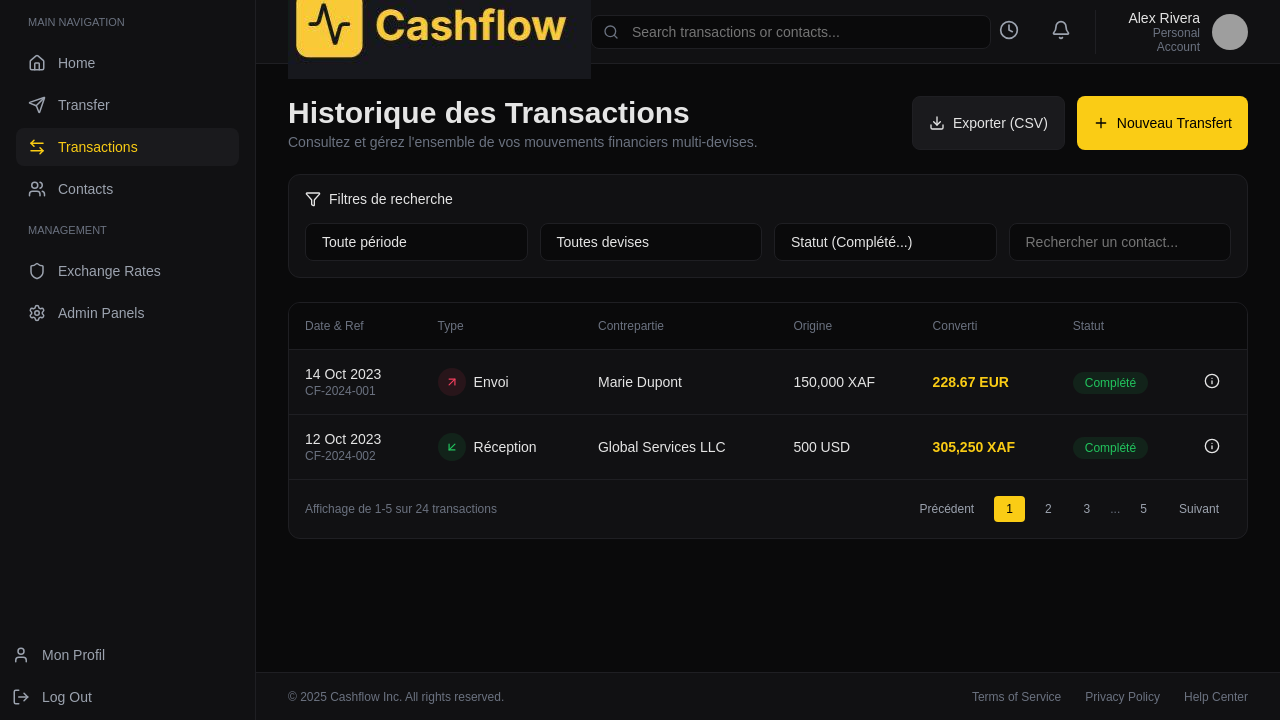
Repository: laetitiamaelle/GROUEPE5_PROGRAMMATIONWEBII_PLATEFORME_DE_TRANSFERT_MULTIDEVISE
Page: /transactions
These files come from the project's save history. The page is drawn as it stood at one moment and after the next save; the edit follows.
The browser window is 1280 px wide. The pictures show the whole page.
Pictures or frames that could not be fetched are drawn as grey boxes. The project was rebuilt for these pictures with package versions that can differ from the ones it lists, and the page was loaded fresh each time. The framework's server and built-in components were replaced by stand-ins that run in the browser. Also part of the build but not shown: next.config.ts.

Above is the page before, as saved 2026-05-21 10:22:40.

### app/transactions/page.tsx
import Sidebar from '@/components/Sidebar'
import HistoriqueTransactions from '@/components/HistoriqueTransactions';

export default function TransactionPage() {
    return (
        <div style={{ display: 'flex', minHeight: '100vh', background: '#0A0A0B'}}>
            <Sidebar />
            <HistoriqueTransactions />
        </div>
    )
}

### app/globals.css
* {
    margin: 0;
    padding: 0;
    box-sizing: border-box;
}

body {
    background: #0A0A0B;
    color: #E5E5E5;
    font-family: Arial, sans-serif;
}

a {
    text-decoration: none;
    color: inherit;
}

button {
    cursor: pointer;
    border: none;
    font-family: inherit;
}

### components/Sidebar.tsx
'use client'
import Link from 'next/link';
import Image from 'next/image';
import { usePathname } from 'next/navigation'
import { Home, Send, ArrowLeftRight, Users, Shield, Settings, LogOut, User } from 'lucide-react'
import '../styles/Sidebar.css'

export default function Sidebar() {
    const pathname = usePathname()

    return (
        <aside className='sidebar'>


            <nav className='nav'>
                <p className='nav-title'>MAIN NAVIGATION</p>
                <Link href="/home" className={`nav-item ${pathname === '/home' ? 'active' : ''}`}>
                    <Home size={18} /> Home
                </Link>
                <Link href="/transfert" className={`nav-item ${pathname.startsWith('/transfert') ? 'active' : ''}`}>
                    <Send size={18} /> Transfer
                </Link>
                <Link href="/transactions" className={`nav-item ${pathname === '/transactions' ? 'active' : ''}`}>
                    <ArrowLeftRight size={18} /> Transactions
                </Link>
                <Link href="#" className="nav-item">
                    <Users size={18} /> Contacts
                </Link>

                <p className="nav-title">MANAGEMENT</p>
                <Link href="/exchange-rates" className={`nav-item ${pathname === '/exchange-rates' ? 'active' : ''}`}>
                    <Shield size={18} /> Exchange Rates
                </Link>
                <Link href="/dashboard" className={`nav-item ${pathname === '/admin' ? 'active' : ''}`}>
                    <Settings size={18} /> Admin Panels
                </Link>
            </nav>

            <div className='sidebar-footer'>
                <Link href="/profil" className={`nav-item ${pathname === '/profil' ? 'active' : ''}`}>
                    <User size={18} /> Mon Profil
                </Link>
                <div className='sidebar-logout'>
                    <button className='nav-item logout-btn'>
                        <LogOut size={18} /> Log Out
                    </button>
                </div>
            </div>
        </aside>
    )
}

### components/HistoriqueTransactions.tsx
'use client'
import { Search, Clock, Bell, Download, Plus, Filter, ArrowUpRight, ArrowDownLeft, RefreshCw, Info } from 'lucide-react'
import '../styles/HistoriqueTransactions.css'
import Image from 'next/image'
import maPhoto from '../public/logo-cashflow.jpeg'

export default function HistoriqueTransactions() {
  const data = [
    { date: '14 Oct 2023', ref: 'CF-2024-001', type: 'Envoi', contact: 'Marie Dupont', origine: '150,000 XAF', converti: '228.67 EUR', statut: 'Complété' },
    { date: '12 Oct 2023', ref: 'CF-2024-002', type: 'Réception', contact: 'Global Services LLC', origine: '500 USD', converti: '305,250 XAF', statut: 'Complété' },
  ]

  return (
    <div className="main">
      <header className="topbar">
        <Image src={maPhoto} alt="Description de la photo" placeholder="blur"/>
        <div className="search-box">
          <Search size={16} className="search-icon" />
          <input type="text" placeholder="Search transactions or contacts..." className="search" />
        </div>
        <div className="topbar-right">
          <button className="icon-btn"><Clock size={20} /></button>
          <button className="icon-btn"><Bell size={20} /></button>
          <div className="user">
            <div className="user-info">
              <span className="user-name">Alex Rivera</span>
              <span className="user-role">Personal Account</span>
            </div>
            <img src="https://i.pravatar.cc/40" alt="avatar" className="user-avatar" />
          </div>
        </div>
      </header>

      <div className="content">
        <div className="header">
          <div>
            <h1>Historique des Transactions</h1>
            <p>Consultez et gérez l'ensemble de vos mouvements financiers multi-devises.</p>
          </div>
          <div className="actions">
            <button className="btn-dark"><Download size={16} /> Exporter (CSV)</button>
            <button className="btn-yellow"><Plus size={16} /> Nouveau Transfert</button>
          </div>
        </div>

        <div className="filters">
          <div className="filters-title">
            <Filter size={16} />
            <span>Filtres de recherche</span>
          </div>
          <div className="filters-grid">
            <button className="filter-btn">Toute période</button>
            <button className="filter-btn">Toutes devises</button>
            <button className="filter-btn">Statut (Complété...)</button>
            <input type="text" placeholder="Rechercher un contact..." className="filter-input" />
          </div>
        </div>

        <div className="table-box">
          <table>
            <thead>
              <tr>
                <th>Date & Ref</th>
                <th>Type</th>
                <th>Contrepartie</th>
                <th>Origine</th>
                <th>Converti</th>
                <th>Statut</th>
                <th></th>
              </tr>
            </thead>
            <tbody>
              {data.map((row, i) => (
                <tr key={i}>
                  <td>
                    <span className="date">{row.date}</span>
                    <span className="ref">{row.ref}</span>
                  </td>
                  <td>
                    <div className="type-cell">
                      <div className={`type-icon ${row.type === 'Envoi' ? 'send' : row.type === 'Réception' ? 'receive' : 'convert'}`}>
                        {row.type === 'Envoi' ? <ArrowUpRight size={14} /> : row.type === 'Réception' ? <ArrowDownLeft size={14} /> : <RefreshCw size={14} />}
                      </div>
                      <span>{row.type}</span>
                    </div>
                  </td>
                  <td>{row.contact}</td>
                  <td className="montant">{row.origine}</td>
                  <td className="montant-converti">{row.converti}</td>
                  <td>
                    <span className={`statut ${row.statut === 'Complété' ? 'statut-complete' : row.statut === 'En attente' ? 'statut-attente' : 'statut-echoue'}`}>
                      {row.statut}
                    </span>
                  </td>
                  <td><Info size={16} /></td>
                </tr>
              ))}
            </tbody>
          </table>
          <div className="pagination">
            <span>Affichage de 1-5 sur 24 transactions</span>
            <div className="page-btns">
              <button>Précédent</button>
              <button className="active">1</button>
              <button>2</button>
              <button>3</button>
              <span>...</span>
              <button>5</button>
              <button>Suivant</button>
            </div>
          </div>
        </div>
      </div>

      <footer className="footer">
        <span>© 2025 Cashflow Inc. All rights reserved.</span>
        <div className="footer-links">
          <a href="#">Terms of Service</a>
          <a href="#">Privacy Policy</a>
          <a href="#">Help Center</a>
        </div>
      </footer>
    </div>
  )
}

### styles/Sidebar.css
.sidebar {
    width: 256px;
    background: #111113;
    border-right: 1px solid #1F1F23;
    display: flex;
    flex-direction: column;
    height: 100vh;
}

.logo {
    padding: 24px;
}

.logo-img {
    height: 28px;
    width: auto;
}

.nav {
    flex: 1;
    padding: 0 16px;
}

.nav-title {
    font-size: 11px;
    color: #6B7280;
    padding: 0 12px;
    margin: 16px 0;
}

.nav-item {
    display: flex;
    align-items: center;
    gap: 12px;
    padding: 10px 12px;
    border-radius: 8px;
    color: #9CA3AF;
    font-size: 14px;
    margin-bottom: 4px;
    width: 100%;
    background: none;
}

.nav-item:hover {
    background: #1A1A1D;
    color: white;
}

.nav-item.active {
    background: #1A1A1D;
    color: #FACC15;
}

.logout {
    padding: 16px;
    border-top: 1px solid #1F1F23;
}

### styles/HistoriqueTransactions.css
.main {
    flex: 1;
    display: flex;
    flex-direction: column;
}

.topbar {
    height: 64px;
    background: #111113;
    border-bottom: 1px solid #1F1F23;
    display: flex;
    align-items: center;
    justify-content: space-between;
    padding: 0 32px;
}

.search-box {
    position: relative;
    display: flex;
    align-items: center;
}

.search-icon {
    position: absolute;
    left: 12px;
    color: #6B7280;
}

.search {
    width: 400px;
    background: #0A0A0B;
    border: 1px solid #1F1F23;
    border-radius: 8px;
    padding: 8px 16px 8px 40px;
    color: white;
    font-size: 14px;
}

.topbar-right {
    display: flex;
    align-items: center;
    gap: 16px;
}

.icon-btn {
    background: none;
    color: #9CA3AF;
    padding: 8px;
    border-radius: 8px;
}

.icon-btn:hover {
    background: #1A1A1D;
}

.user {
    display: flex;
    align-items: center;
    gap: 12px;
    padding-left: 16px;
    border-left: 1px solid #1F1F23;
}

.user-info {
    text-align: right;
}

.user-name {
    display: block;
    font-size: 14px;
    font-weight: 500;
}

.user-role {
    display: block;
    font-size: 12px;
    color: #6B7280;
}

.user-avatar {
    width: 36px;
    height: 36px;
    border-radius: 50%;
}

.content {
    flex: 1;
    padding: 32px;
    overflow: auto;
}

.header {
    display: flex;
    justify-content: space-between;
    margin-bottom: 24px;
}

.header h1 {
    font-size: 30px;
    margin-bottom: 4px;
}

.header p {
    color: #6B7280;
    font-size: 14px;
}

.actions {
    display: flex;
    gap: 12px;
}

.btn-dark {
    background: #1A1A1D;
    border: 1px solid #1F1F23;
    color: #E5E5E5;
    padding: 8px 16px;
    border-radius: 8px;
    font-size: 14px;
    display: flex;
    align-items: center;
    gap: 8px;
}

.btn-yellow {
    background: #FACC15;
    color: black;
    padding: 8px 16px;
    border-radius: 8px;
    font-weight: 500;
    font-size: 14px;
    display: flex;
    align-items: center;
    gap: 8px;
}

.filters {
    background: #111113;
    border: 1px solid #1F1F23;
    border-radius: 12px;
    padding: 16px;
    margin-bottom: 24px;
}

.filters-title {
    display: flex;
    align-items: center;
    gap: 8px;
    font-size: 14px;
    margin-bottom: 16px;
}

.filters-grid {
    display: grid;
    grid-template-columns: repeat(4, 1fr);
    gap: 12px;
}

.filter-btn {
    background: #0A0A0B;
    border: 1px solid #1F1F23;
    border-radius: 8px;
    padding: 10px 16px;
    color: #E5E5E5;
    font-size: 14px;
    text-align: left;
}

.filter-input {
    background: #0A0A0B;
    border: 1px solid #1F1F23;
    border-radius: 8px;
    padding: 10px 16px;
    color: white;
    font-size: 14px;
}

.table-box {
    background: #111113;
    border: 1px solid #1F1F23;
    border-radius: 12px;
    overflow: hidden;
}

table {
    width: 100%;
    border-collapse: collapse;
}

thead {
    background: #0A0A0B;
}

th {
    text-align: left;
    padding: 16px;
    font-size: 12px;
    color: #6B7280;
    font-weight: 500;
}

td {
    padding: 16px;
    border-top: 1px solid #1F1F23;
    font-size: 14px;
}

tr:hover {
    background: #1A1A1D;
}

.date {
    font-weight: 500;
    display: block;
}

.ref {
    font-size: 12px;
    color: #6B7280;
    display: block;
    margin-top: 2px;
}

.type-cell {
    display: flex;
    align-items: center;
    gap: 8px;
}

.type-icon {
    width: 28px;
    height: 28px;
    border-radius: 50%;
    display: flex;
    align-items: center;
    justify-content: center;
}

.type-icon.send {
    background: rgba(244, 63, 94, 0.1);
    color: #F43F5E;
}

.type-icon.receive {
    background: rgba(34, 197, 94, 0.1);
    color: #22C55E;
}

.type-icon.convert {
    background: rgba(59, 130, 246, 0.1);
    color: #3B82F6;
}

.montant {
    font-weight: 500;
}

.montant-converti {
    font-weight: 600;
    color: #FACC15;
}

.statut {
    padding: 4px 12px;
    border-radius: 12px;
    font-size: 12px;
    font-weight: 500;
}

.statut-complete {
    background: rgba(34, 197, 94, 0.1);
    color: #22C55E;
}

.statut-attente {
    background: rgba(250, 204, 21, 0.1);
    color: #FACC15;
}

.statut-echoue {
    background: rgba(239, 68, 68, 0.1);
    color: #EF4444;
}

.pagination {
    padding: 16px;
    border-top: 1px solid #1F1F23;
    display: flex;
    justify-content: space-between;
    align-items: center;
    font-size: 12px;
    color: #6B7280;
}

.page-btns {
    display: flex;
    gap: 8px;
    align-items: center;
}

.page-btns button {
    background: none;
    color: #9CA3AF;
    padding: 6px 12px;
    border-radius: 4px;
    font-size: 12px;
}

.page-btns button.active {
    background: #FACC15;
    color: black;
}

.footer {
    height: 48px;
    background: #111113;
    border-top: 1px solid #1F1F23;
    display: flex;
    align-items: center;
    justify-content: space-between;
    padding: 0 32px;
    font-size: 12px;
    color: #6B7280;
}

.footer-links {
    display: flex;
    gap: 24px;
}

Loaded but not shown: app/layout.tsx (common file)

After the next save:
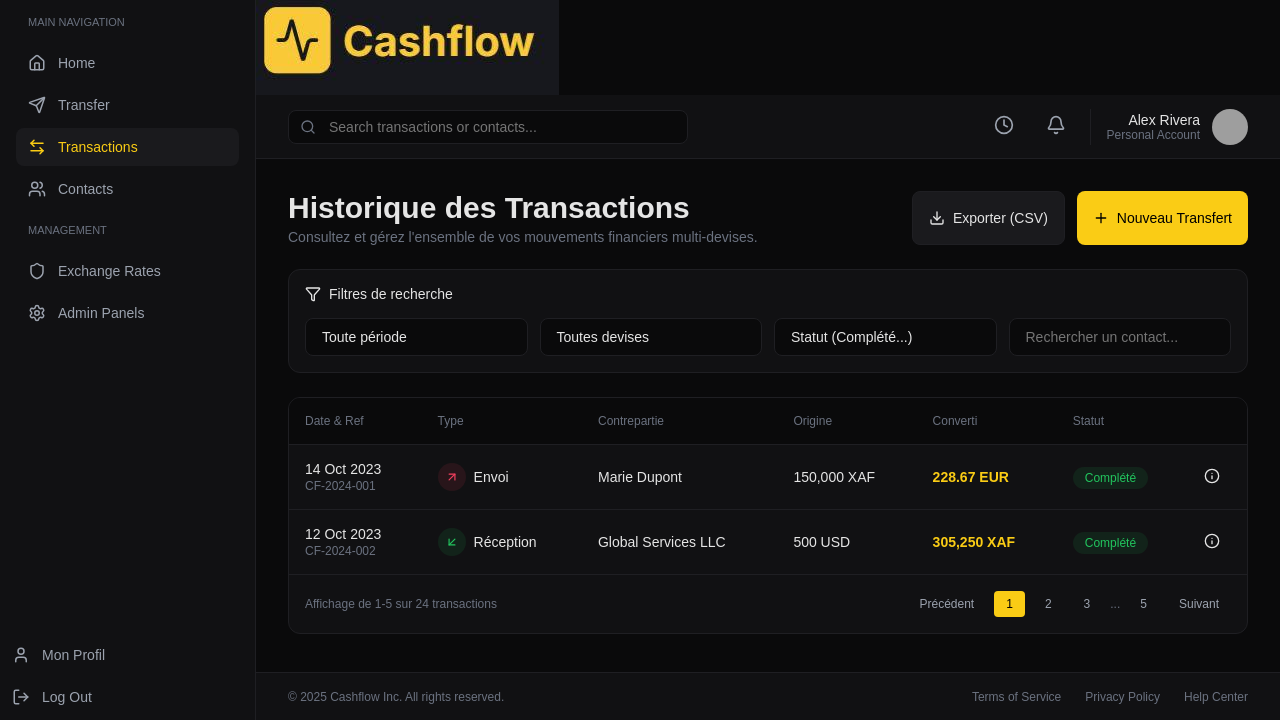
Saved 27 s later.
--- a/components/HistoriqueTransactions.tsx
+++ b/components/HistoriqueTransactions.tsx
@@ -12,8 +12,8 @@ export default function HistoriqueTransactions() {
 
   return (
     <div className="main">
+      <Image src={maPhoto} alt="Description de la photo" placeholder="blur"/>
       <header className="topbar">
-        <Image src={maPhoto} alt="Description de la photo" placeholder="blur"/>
         <div className="search-box">
           <Search size={16} className="search-icon" />
           <input type="text" placeholder="Search transactions or contacts..." className="search" />
